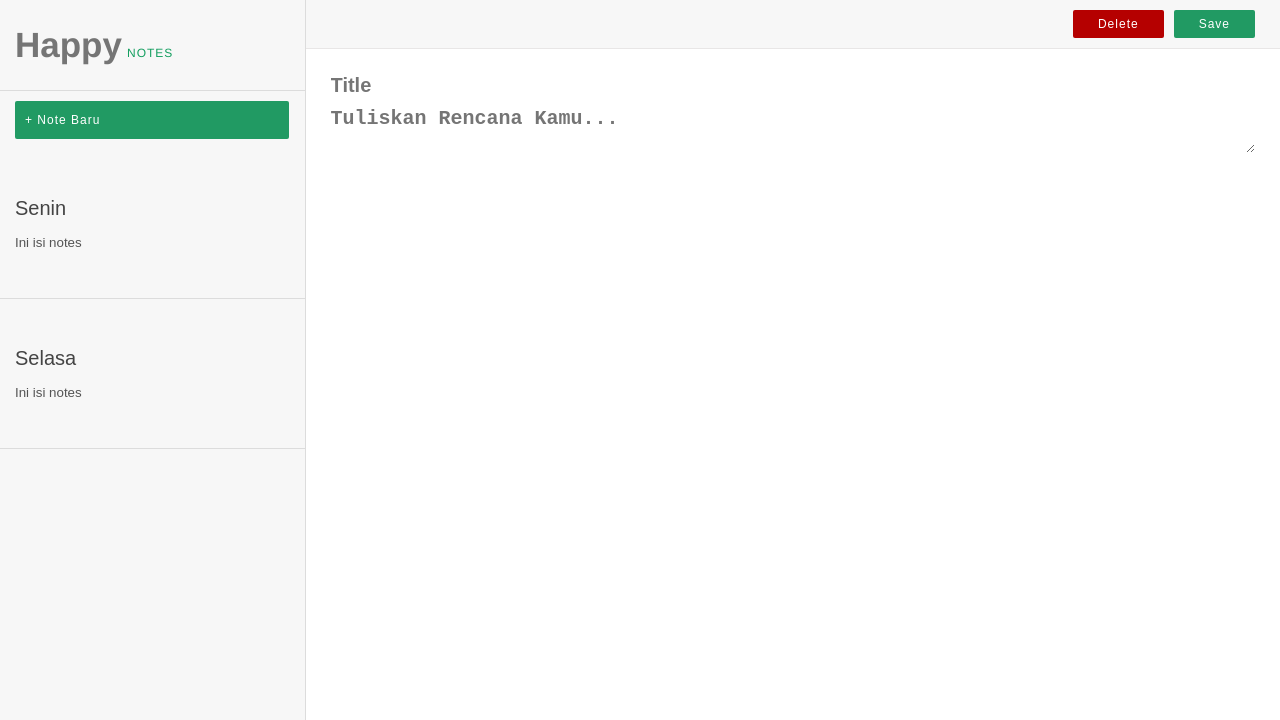
Repository: AdiPrimanto/notes-vue
Page: / (app in resources/)
These files come from the project's save history. The page is drawn as it stood at one moment and after the next save; the edit follows.
The browser window is 1280 px wide. The pictures show the whole page.
The project was rebuilt for these pictures with package versions that can differ from the ones it lists, and the page was loaded fresh each time. Also part of the build but not shown: resources/vue.config.js.

Above is the page before, as saved 2020-02-23 11:13:59.

After the next save:
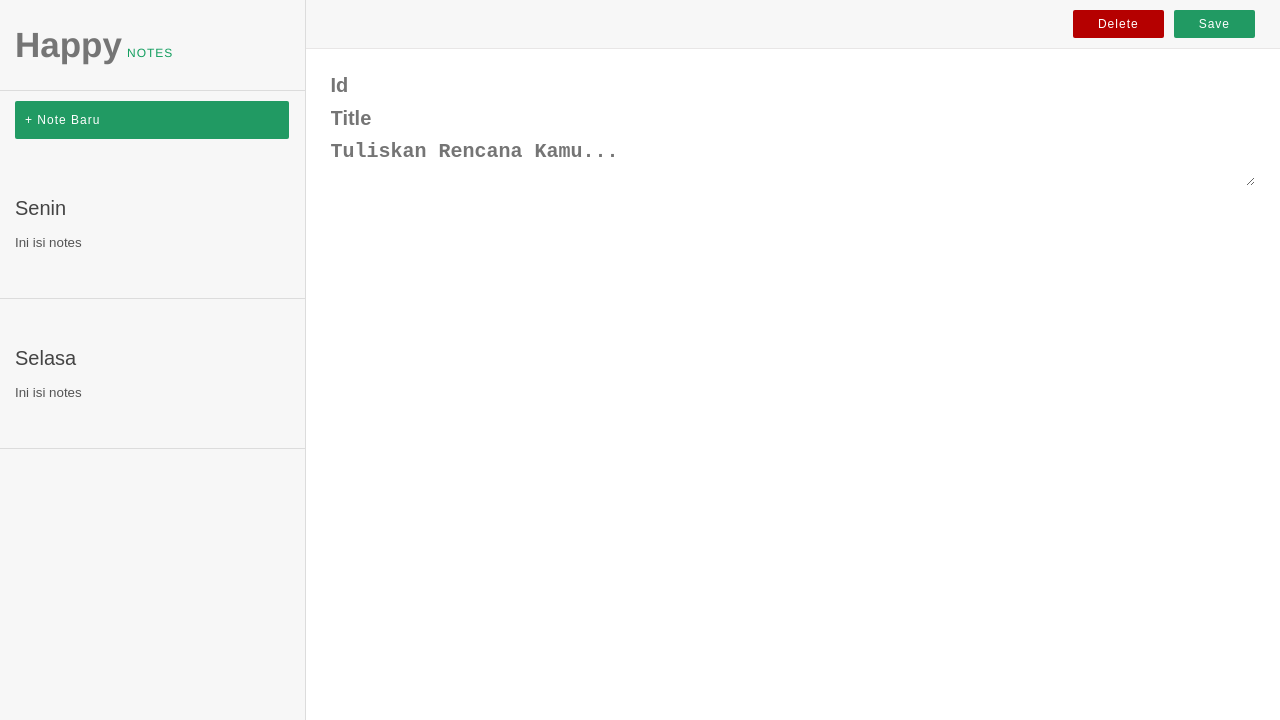
Saved 25 s later.
--- a/resources/src/components/formNotes.vue
+++ b/resources/src/components/formNotes.vue
@@ -6,6 +6,7 @@
             <button type="submit" class="bg-success btn">Save</button>
         </div>
         <div class="content">
+            <input type="text" class="text" placeholder="Id" v-model="id">
             <input type="text" class="text" placeholder="Title" v-model="title">
             <textarea class="text texarea" placeholder="Tuliskan Rencana Kamu..." v-model="description"></textarea>
         </div>
